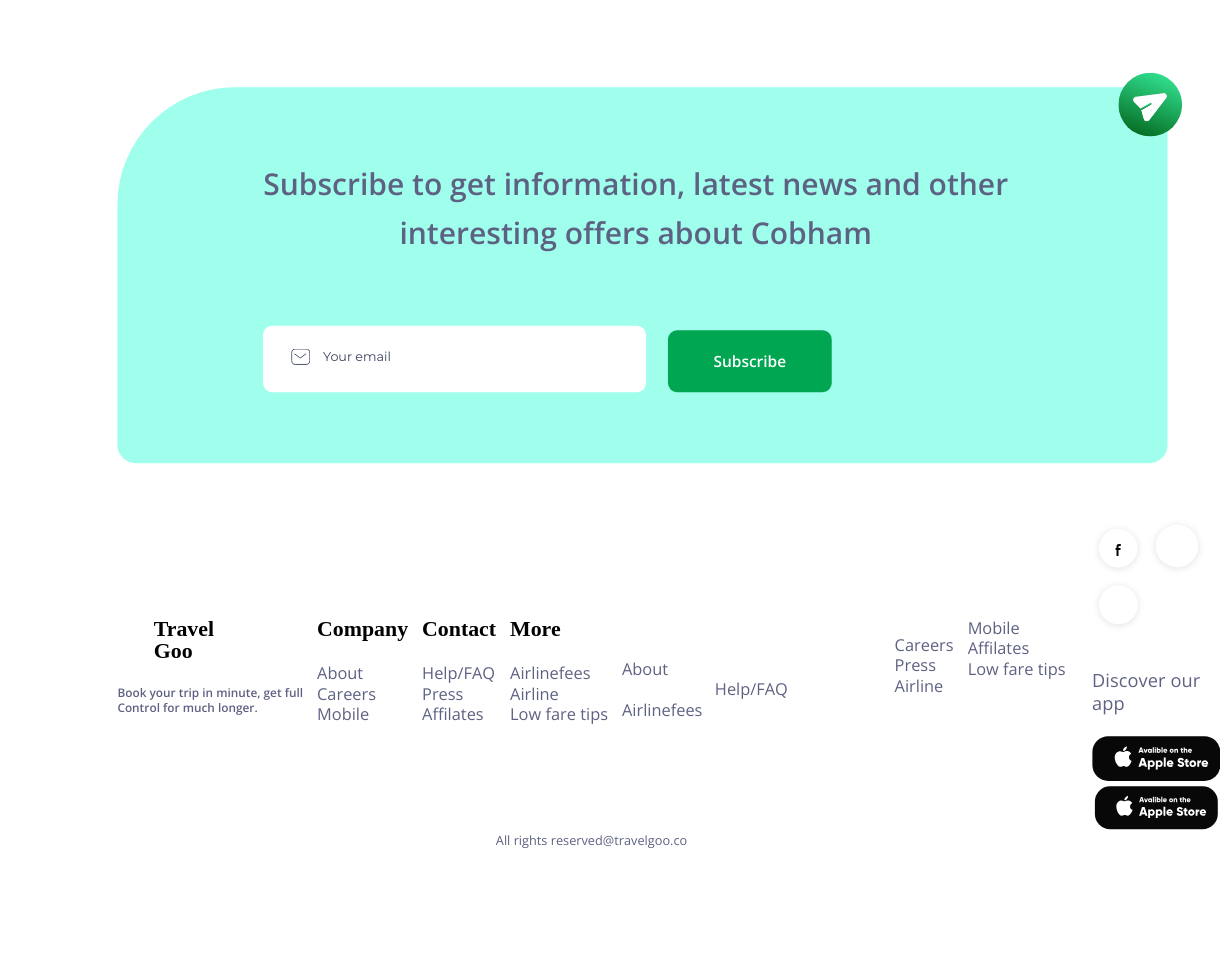
Repository: HeybetzadeQedim/task-5
Page: index.html
The author's editor kept a copy of each file at every save. The page is drawn from the files as they stood at one save, then again after the next save.
The browser window is 1280 px wide. The page is 1341 px wide, so the pictures cover 1341 px, including what lies to the right of the window. The pictures show the whole page, at 91% of full size.
Some web fonts or font styles are not loaded; a fallback is used.

Above is the page before, as saved 2023-10-16 16:02:46.

### index.html
<!DOCTYPE html>
<html lang="en">
  <head>
    <meta charset="UTF-8" />
    <meta name="viewport" content="width=device-width, initial-scale=1.0" />
    <title>Document</title>
    <link rel="stylesheet" href="./index.css" />
  </head>
  <body>
    <div class="container">
      <div class="relative-container">
        <div class="box-container">
          <h1>
            Subscribe to get information, latest news and other interesting
            offers about Cobham
          </h1>

          <div class="flex-container">
            <div class="flex-container-2">
              <img src="images/Group 46.svg" />
              <p>Your email</p>
            </div>
            <div class="button-container">
              <p>Subscribe</p>
            </div>
          </div>
        </div>
        <div class="image-container">
          <img src="images/Group 77 (1).svg" />
        </div>
      </div>

      <div class="main-container">
        <div class="main-box">
          <div class="position-container">
            <h2>
              Travel<br />
              Goo
            </h2>
            <p>
              Book your trip in minute, get full<br />
              Control for much longer.
            </p>
          </div>


            <ul>
                <h2>Company</h2>
              <li>About</li>
              <li>Careers</li>
              <li>Mobile</li>
            </ul>

            <ul>
                <h2>Contact</h2>
              <li>Help/FAQ</li>
              <li>Press</li>
              <li>Affilates</li>
            </ul>
            <ul>
                <h2>More</h2>
              <li>Airlinefees</li>
              <li>Airline</li>
              <li>Low fare tips</li>
            </ul>
          <div class="li-container-2">
            <ul>
              <li>About</li>
              <li>Help/FAQ</li>
              <li>Airlinefees</li>
            </ul>
          </div>
          <div class="li-container-3">
            <ul>
              <li>Careers</li>
              <li>Press</li>
              <li>Airline</li>
            </ul>
          </div>
          <div class="li-container-4">
            <ul>
              <li>Mobile</li>
              <li>Affilates</li>
              <li>Low fare tips</li>
            </ul>
          </div>
          <div class="last-container">
            <img src="images/Social.svg" />
            <img src="images/Background (1).svg" />
            <img src="images/Background (1).svg" />
            <p>Discover our app</p>
            <img src="images/Play Store.svg" />
            <img src="images/Play Store.svg" />
          </div>
        </div>
        <div class="footer-box">
          <p>All rights reserved@travelgoo.co</p>
        </div>
      </div>
    </div>
  </body>
</html>

### index.css
@import url("https://fonts.googleapis.com/css2?family=Laila:wght@700&family=Montserrat&family=Open+Sans:wght@400;600;700&display=swap");
* {
  padding: 0;
  margin: 0;
  box-sizing: border-box;
}
.container {
  padding: 96px 109px 64px 129px;
}
.box-container {
  padding: 79px 175px 78px 160px;
  border-radius: 0px 24px 0px 50px;
  display: inline-block;
  background: #9fffec;
  border-radius: 129px 20px 20px 20px;
}
.box-container h1 {
  width: 819px;
  color: var(--TEXT-CLR, #5e6282);
  text-align: center;
  font-family: Open Sans;
  font-size: 33px;
  font-style: normal;
  font-weight: 600;
  line-height: 54px; /* 163.636% */
}
.box-container img:first-child {
  width: 70px;
  height: 70px;
}
.image-container {
  position: absolute;
  top: -16px;
  right: 0;
}
.relative-container {
  width: 1170px;
  position: relative;
  margin-bottom: 170px;
}
.flex-container {
  display: flex;
}
.flex-container-2 {
  margin-top: 75px;
  padding: 25px 0 25px 31px;
  width: 421px;
  display: flex;
  border-radius: 10px;
  background: var(--white, #fff);
}
.flex-container-2 img:first-child {
  width: 21px;
  height: 18px;
}
.flex-container-2 p {
  margin-left: 14px;
  color: var(--TEXT-COLOR, #39425d);
  font-family: Montserrat;
  font-size: 14px;
  font-style: normal;
  font-weight: 400;
  line-height: normal;
}
.button-container p {
  margin-top: 80px;
  margin-left: 24px;
  padding: 22px 50px 23px 50px;
  border-radius: 10px;
  background-color: #00a651;
  display: inline-block;
  color: var(--white, #fff);
  text-align: center;
  font-family: Open Sans;
  font-size: 17px;
  font-style: normal;
  font-weight: 600;
  line-height: normal;
}
.main-container .main-box{
  display: flex;
  justify-content: space-between;
}
.position-container {
  /* position: absolute; */
}
.main-container h2 {
  margin-bottom: 25px;
  /* margin-left: 40px; */
  color: #000;
  font-family: Laila;
  font-size: 24px;
  font-style: normal;
  font-weight: 700;
  line-height: 102.5%;
}
.position-container h2{
  margin-left: 40px;
}
.main-container p {
  color: var(--TEXT-CLR, #5e6282);
  font-family: Open Sans;
  font-size: 13px;
  font-style: normal;
  font-weight: 600;
  line-height: 124.5%;
}

.li-container li {
  list-style-type: none;
  color: var(--black, #080809);
  font-family: Open Sans;
  font-size: 21px;
  font-style: normal;
  font-weight: 700;
  line-height: 124.5%;
}

.li-container-2 {
  margin-top: 45px;
  /* margin-left: 400px; */
}

.li-container-2 li {
  list-style-type: none;
  color: var(--TEXT-CLR, #5e6282);
  font-family: Open Sans;
  font-size: 18px;
  font-style: normal;
  font-weight: 400;
  line-height: 124.5%;
}
.li-container-2 li:first-child {
  margin-right: 50px;
}
.li-container-2 li:nth-child(2) {
  margin-left: 102px;
  margin-right: 102px;
}
.li-container-3 {
  margin-top: 18px;
  /* margin-left: 400px; */
}
.li-container-3 ul {
  /* display: flex; */
}
 ul li  {
  list-style-type: none;
  color: var(--TEXT-CLR, #5e6282);
  font-family: Open Sans;
  font-size: 18px;
  font-style: normal;
  font-weight: 400;
  line-height: 124.5%;
}

.li-container-4 li {
  list-style-type: none;
  color: var(--TEXT-CLR, #5e6282);
  font-family: Open Sans;
  font-size: 18px;
  font-style: normal;
  font-weight: 400;
  line-height: 124.5%;
}

.last-container {
  position: absolute;
  top: 570px;
  left: 1200px;
}
.last-container p {
  /* margin-right: 160px; */
  margin-bottom: 22px;
  margin-top: 37px;
  color: var(--TEXT-CLR, #5e6282);
  font-family: Open Sans;
  font-size: 20px;
  font-style: normal;
  font-weight: 400;
  line-height: 124.5%;
  letter-spacing: 0.1px;
}
.last-container img:first-child {
  width: 58px;
  height: 58px;
}
.last-container img:nth-child(2) {
  width: 63px;
  height: 63px;
}
.last-container img:nth-child(3) {
  /* margin-right: 150px; */
  width: 58px;
  height: 58px;
}
.last-container img:nth-child(4) {
  width: 141px;
  height: 49px;
}
.last-container img:last-child {
  /* margin-right: 40px; */
  width: 141px;
  height: 49px;
}
.footer-container p {
  color: var(--3rd, #e5e5e5);
  font-family: Roboto;
  font-size: 22px;
  font-style: normal;
  font-weight: 400;
  line-height: normal;
}
.footer-box p {
  margin-top: 120px;
  margin-bottom: 64px;
  text-align: center;
  color: var(--TEXT-CLR, #5e6282);
  font-family: Open Sans;
  font-size: 14px;
  font-style: normal;
  font-weight: 400;
  line-height: 124.5%;
}
.flex-box {
  display: flex;
}
.flex-box-2 {
  margin-right: 22px;
  margin-left: 22px;
}
.flex-box-3 {
  margin-right: 22px;
}
.flex-box-4 {
  margin-left: 22px;
  margin-right: 22px;
}
.flex-box-5 {
  margin-right: 22px;
}

After the next save:
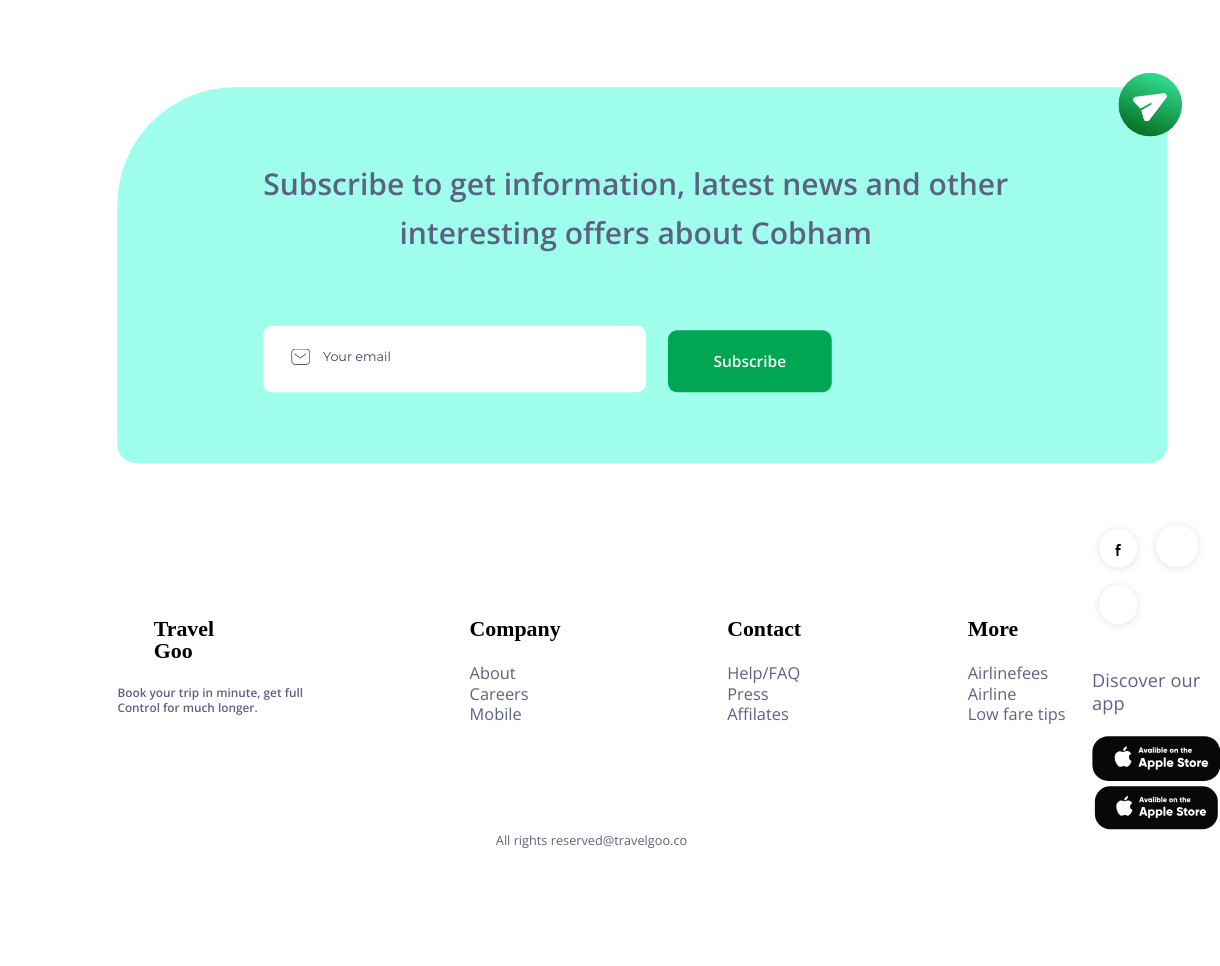
Saved 21 s later.
--- a/index.html
+++ b/index.html
@@ -62,28 +62,7 @@
               <li>Airlinefees</li>
               <li>Airline</li>
               <li>Low fare tips</li>
-            </ul>
-          <div class="li-container-2">
-            <ul>
-              <li>About</li>
-              <li>Help/FAQ</li>
-              <li>Airlinefees</li>
-            </ul>
-          </div>
-          <div class="li-container-3">
-            <ul>
-              <li>Careers</li>
-              <li>Press</li>
-              <li>Airline</li>
-            </ul>
-          </div>
-          <div class="li-container-4">
-            <ul>
-              <li>Mobile</li>
-              <li>Affilates</li>
-              <li>Low fare tips</li>
-            </ul>
-          </div>
+
           <div class="last-container">
             <img src="images/Social.svg" />
             <img src="images/Background (1).svg" />
